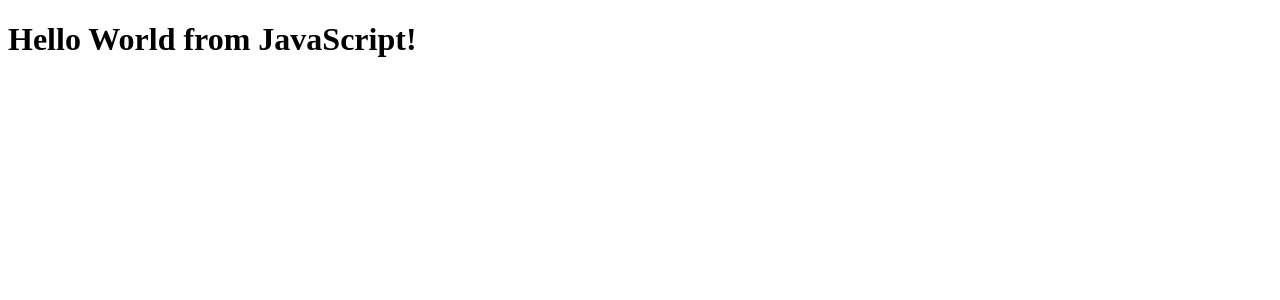
Repository: SrijanaGupta/lets-react
Page: index.html
An editor plug-in stored every save of this project. The page is shown before and after the next save, followed by the edit.
The browser window is 1280 px wide. The pictures show the whole page.

Above is the page before, as saved 2024-07-04 20:25:37.

### index.html
<!DOCTYPE html>
<html lang="en">
<head>
    <meta charset="UTF-8">
    <meta name="viewport" content="width=device-width, initial-scale=1.0">
    <title>Learning React</title>
</head>
<body>
    <script crossorigin src="https://unpkg.com/react@18/umd/react.development.js"></script>
    <script crossorigin src="https://unpkg.com/react-dom@18/umd/react-dom.development.js"></script>
    <script src="script.js" type="module">
        const heading = React.createElement('h1', {}, 'Hello World from React!!');
        const root = ReactDOM.createRoot(document.getElementById('root'));
        root.render(heading);
    </script>
    <div id="root"></div>

</body>
</html>

### script.js
const root = document.getElementById('root');
const h1 = document.createElement('h1');
h1.innerHTML = 'Hello World from JavaScript!'
root.appendChild(h1);

After the next save:
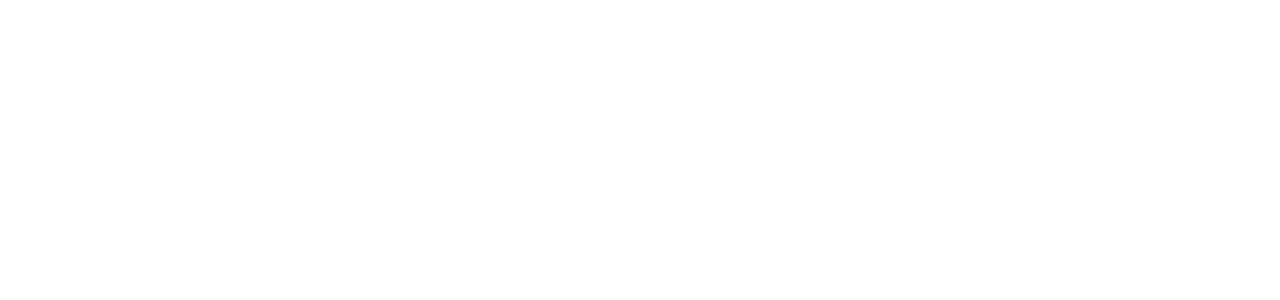
Console error (its wording comes from the project's code and is left out).
Saved 26 s later.
--- a/index.html
+++ b/index.html
@@ -8,7 +8,7 @@
 <body>
     <script crossorigin src="https://unpkg.com/react@18/umd/react.development.js"></script>
     <script crossorigin src="https://unpkg.com/react-dom@18/umd/react-dom.development.js"></script>
-    <script src="script.js" type="module">
+    <script>
         const heading = React.createElement('h1', {}, 'Hello World from React!!');
         const root = ReactDOM.createRoot(document.getElementById('root'));
         root.render(heading);

After the 3 saves that followed:
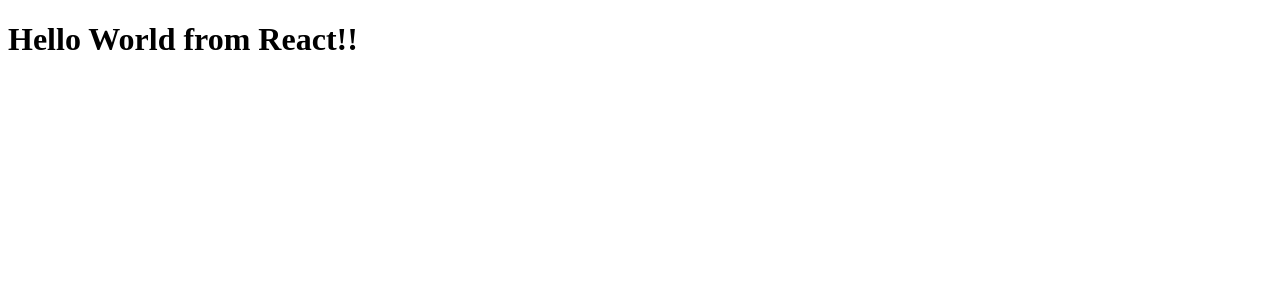
The error is gone.
The 3 saves are shown as one change because they came seconds apart.
The last was saved 47 s later.
--- a/index.html
+++ b/index.html
@@ -6,6 +6,7 @@
     <title>Learning React</title>
 </head>
 <body>
+    <div id="root"></div>
     <script crossorigin src="https://unpkg.com/react@18/umd/react.development.js"></script>
     <script crossorigin src="https://unpkg.com/react-dom@18/umd/react-dom.development.js"></script>
     <script>
@@ -13,7 +14,6 @@
         const root = ReactDOM.createRoot(document.getElementById('root'));
         root.render(heading);
     </script>
-    <div id="root"></div>
 
 </body>
 </html>
